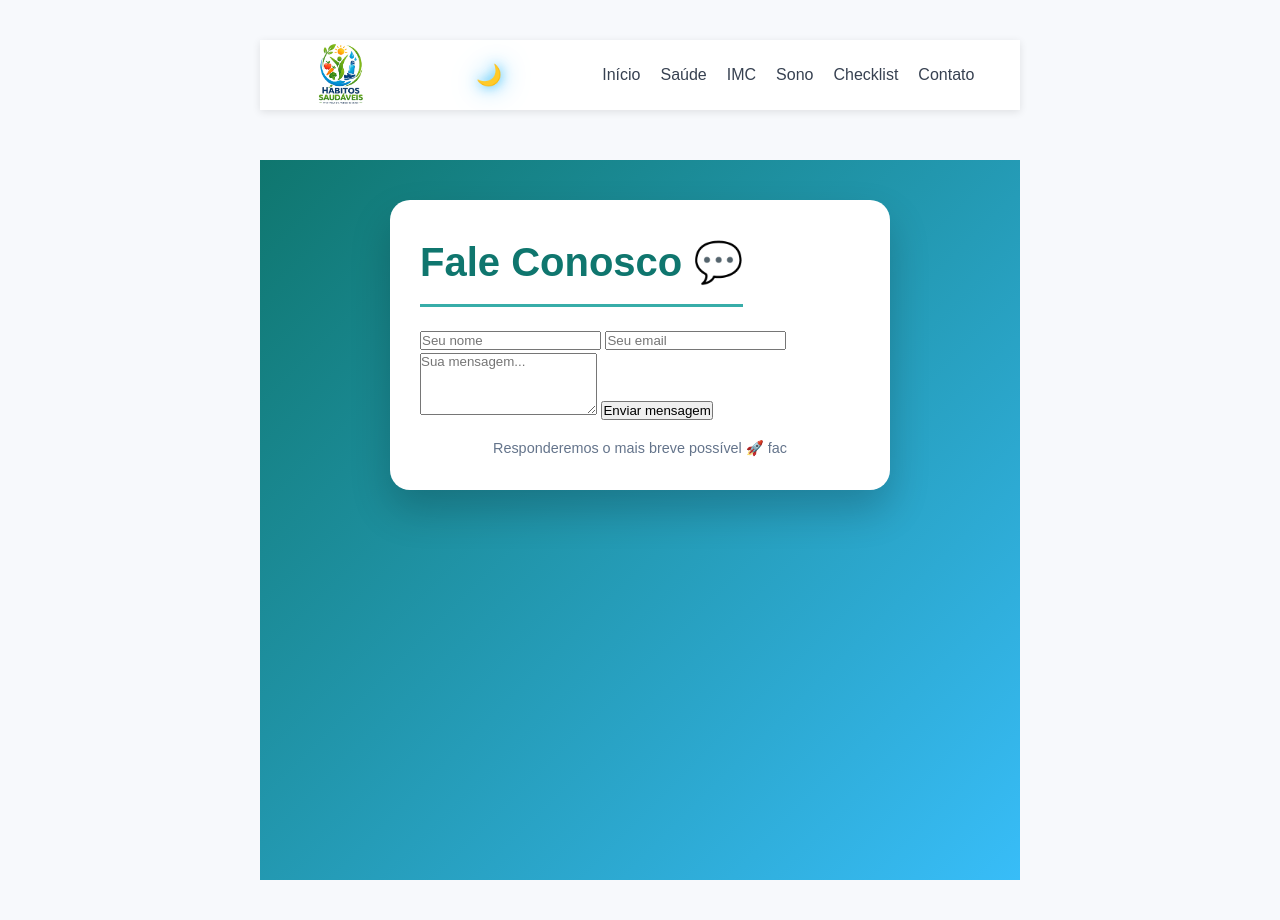
Repository: habitos2026/projetointegrador2026
Page: contato.html
The author's editor kept a copy of each file at every save. The page is drawn from the files as they stood at one save, then again after the next save.
The browser window is 1280 px wide. The pictures show the whole page.

Above is the page before, as saved 2026-06-10 22:27:42.

### contato.html
<!DOCTYPE html>
<html lang="pt-br">
<head>
<meta charset="UTF-8">
<meta name="viewport" content="width=device-width, initial-scale=1.0">
<title>Contato</title>

<link rel="stylesheet" href="estilos.css">

<style>

    :root {
            --cor-mente: #6a89cc;    /* Azul sereno */
            --cor-fisico: #38ada9;   /* Verde energia */
            --cor-agua: #4a69bd;     /* Azul hidratação */
            --cor-fundo: #f7f9fc;
        }

        /* Animação de Entrada */
        @keyframes fadeInUp {
            from {
                opacity: 0;
                transform: translateY(20px);
            }
            to {
                opacity: 1;
                transform: translateY(0);
            }
        }

        body {
            font-family: 'Segoe UI', Roboto, sans-serif;
            line-height: 1.6;
            background-color: var(--cor-fundo);
            color: #2f3542;
            max-width: 800px;
            margin: 0 auto;
            padding: 40px 20px;
        }

        header {
            text-align: center;
            margin-bottom: 50px;
            animation: fadeInUp 0.8s ease-out;
        }

        h1 {
            color: var(--cor-mente);
            font-size: 2.5rem;
            border-bottom: 3px solid var(--cor-fisico);
            display: inline-block;
            padding-bottom: 10px;
        }

        section {
            background: white;
            padding: 30px;
            border-radius: 15px;
            box-shadow: 0 10px 25px rgba(0,0,0,0.05);
            animation: fadeInUp 1s ease-out;
        }

        h2 {
            color: var(--cor-fisico);
            margin-top: 30px;
            display: flex;
            align-items: center;
            gap: 10px;
        }

/* ÁREA SÓ DO CONTATO */
.contato-page {
    background: linear-gradient(135deg, #0f766e, #38bdf8);
    min-height: 100vh;
    padding: 40px 10px;
}

/* CARD */
.contato-box {
    max-width: 500px;
    margin: auto;
    background: white;
    padding: 30px;
    border-radius: 20px;
    box-shadow: 0 20px 40px rgba(0,0,0,0.2);
    animation: subir 0.6s ease;
}

/* ANIMAÇÃO */
@keyframes subir {
    from {
        opacity: 0;
        transform: translateY(40px);
    }
    to {
        opacity: 1;
        transform: translateY(0);
    }
}

.contato-box h1 {
    text-align: center;
    color: #0f766e;
    margin-bottom: 20px;
}

/* FORM */
.contato-form {
    display: flex;
    flex-direction: column;
    gap: 15px;
}

.contato-form input,
.contato-form textarea {
    padding: 12px;
    border-radius: 10px;
    border: 1px solid #cbd5e1;
    outline: none;
    transition: 0.3s;
    font-size: 1rem;
}

.contato-form input:focus,
.contato-form textarea:focus {
    border-color: #0f766e;
    box-shadow: 0 0 8px rgba(15,118,110,0.3);
}

/* BOTÃO */
.contato-form button {
    padding: 12px;
    border: none;
    border-radius: 10px;
    background: #0f766e;
    color: white;
    font-weight: bold;
    cursor: pointer;
    transition: 0.3s;
}

.contato-form button:hover {
    background: #115e59;
    transform: scale(1.03);
}

/* TEXTO */
.info {
    text-align: center;
    margin-top: 15px;
    color: #64748b;
    font-size: 0.9rem;
}

</style>

</head>

<body>

<div id="menu"></div>

<div class="contato-page">

    <div class="contato-box">
        <h1>Fale Conosco 💬</h1>

        <form class= method="post">
            <input type="text" placeholder="Seu nome" required>
            <input type="email" placeholder="Seu email" required>
            <textarea rows="4" placeholder="Sua mensagem..." required></textarea>
            <button type="submit">Enviar mensagem</button>
        </form>

        <div class="info">
            Responderemos o mais breve possível 🚀
                    fac
        </div>
    </div>

</div>

<script src="trabalho.js"></script>

</body>
</html>

### estilos.css
:root{
    --cinza245: rgb(245,245,245);
    --cinza220: rgb(220,220,220);
    --cinza128: rgb(128,128,128);
    --azul: rgb(0,80,120);
    --amarelo: yellow;
}

/* RESET */
*{
    margin:0;
    padding:0;
    box-sizing:border-box;
    font-family:Arial, sans-serif;
}

body{
    background:#f5f7fb;
    color:#1f2937;
}

/* HEADER */
header{
    background:white;
    height:70px;

    display:flex;
    align-items:center;
    justify-content:space-between;

    padding:0 6%;

    box-shadow:0 2px 8px rgba(0,0,0,0.1);
}

/* LOGO */
.logo{
    height:100%;
    width:auto;
}

/* MENU */
.menu{
    display:flex;
    align-items:center;
    gap:20px;
}

.menu a{
    text-decoration:none;
    color:#374151;
    transition: 0.5s;

}

.menu a:hover{
    color:#0f766e;
    text-shadow: 0 0 6px #01b3a4;
}

/* TOPO MENU MOBILE */
.topoMenu{
    display:none;
}

/* BOTÃO MENU */
.botaoMenu{
    border:none;
    background:transparent;

    display:none;
    flex-direction:column;

    gap:6px;

    cursor:pointer;
    transition:0.5s;
}

.botaoMenu div{
    width:28px;
    height:3px;

    background:black;
    transition:0.5s;
}

/* MAIN */
main{
    max-width:800px;

    margin:40px auto;

    background:white;

    padding:30px;

    border-radius:10px;
}

/* TEXTOS */
h1{
    color:#0f766e;
    margin-bottom:10px;
}

p{
    margin-bottom:15px;
}

/* BANNER */
.bannerIndexInicio{
    width:100%;
    height:300px;
    overflow:hidden;
}

.bannerIndexInicio img{
    width:100%;
    height:100%;

    object-fit:cover;
    display:block;
}

.bannerIndex{
    height:100%;

    display:flex;
    justify-content:center;

    overflow:hidden;

    aspect-ratio:16/9;
}

.bannerIndex img{
    width:70%;
    height:80%;

    object-fit:cover;
}

/* BOX ÁGUA */
.agua-box{
    background:#ecfeff;

    padding:20px;

    border-radius:15px;

    margin-bottom:20px;
}

.agua-box h2{
    color:#0f766e;
    margin-bottom:10px;
}

.agua-box input{
    width:100%;

    padding:10px;

    margin-bottom:10px;

    border-radius:8px;

    border:1px solid #ccc;
}

.agua-box button{
    width:100%;

    padding:12px;

    background:#0f766e;

    color:white;

    border:none;

    border-radius:8px;

    cursor:pointer;

    transition:0.5s;
}

.agua-box button:hover{
    background:#115e59;

    transform:scale(1.01);

    box-shadow:
    0 0 10px rgb(1, 255, 234),
    0 0 15px rgb(0, 173, 253);
}

#resultadoAgua{
    margin-top:10px;
    font-weight:bold;
}

/* LISTAS */
.listas{
    width:65%;

    display:grid;

    grid-template-columns:repeat(2, 1fr);

    gap:1rem;
}

/* IMAGENS SAÚDE */
.Saude .Imagem img{

    width:35%;

    height:auto;

    object-fit:cover;

    border-radius:15px;

    transition:0.4s;
}

.Saude .Imagem img:hover{

    transform:scale(1.05);

    box-shadow:
    0 0 10px cyan,
    0 0 20px cyan,
    0 0 40px cyan;
}

.imc-box{
    background:#0f766e;

    padding:20px;

    border-radius:20px;

    margin-top:3rem;


}

.imc-box input{
    width:100%;

    padding:10px;

    margin-bottom:10px;

    border-radius:8px;

    border:1px solid #ccc;
}

.imc-box button{
    width:100%;

    padding:12px;

    background: white;

    border: none;

    border-radius:8px;

    cursor:pointer;

    transition:0.5s;
}

.imc-box button:hover{
    background:#f0f0f0;

    transform:scale(1.002);

    box-shadow:
    0 0 6px rgb(1, 255, 234),
    0 0 8px rgb(0, 173, 253),
    0 0 15px  rgba(18, 165, 153);
}

#resultado{
    margin-top:20px;

    font-weight:bold;

    display: flex;

    flex-direction: column;

    align-items: center;

    gap: 10px;

}

#botaoFecharMenu{
    border:none;

    background:transparent;

    box-shadow: none;

    font-size:20px;

    cursor:pointer;

    transition: 0.5s;

    border-radius: 100px;

}


#botaoFecharMenu:hover{
    color: red;
    text-shadow:  0 0 11px rgb(255, 0, 0);
}

#botaoFecharMenu:active{
  animation: clickEffect 0.2s ease;
}


/* ===== BOTÃO TEMA ===== */

/* Tema CLARO ativo — botão mostra 🌙 — neon azul */
#btnTema {
    background: transparent;
    border: none;
    border-radius: 50%;
    width: 38px;
    height: 38px;
    font-size: 1.3rem;
    cursor: pointer;
    transition: all 0.3s;
    filter: drop-shadow(0 0 6px #38bdf8) drop-shadow(0 0 12px #7dd3fc);
}

#btnTema:hover {
    transform: scale(1.12) rotate(10deg);
    filter: drop-shadow(0 0 10px #38bdf8) drop-shadow(0 0 20px #7dd3fc);
}

/* Tema ESCURO ativo — botão mostra ☀️ — neon amarelo */
body.dark #btnTema {
    border: none;
    box-shadow: none;
    filter: drop-shadow(0 0 6px #f59e0b) drop-shadow(0 0 12px #fbbf24);
}

body.dark #btnTema:hover {
    transform: scale(1.2) rotate(50deg);
    filter: drop-shadow(0 0 10px #f59e0b) drop-shadow(0 0 20px #fbbf24);
}

/* ===== DARK MODE ===== */
body.dark {
    background: #0a0f1e;
    color: #e2e8f0;
}

body.dark header {
    background: #0d1b2a;
    box-shadow: 0 2px 8px rgba(0,0,0,0.5);
}

body.dark .menu {
    background: #0d1b2a;
}

body.dark .menu a {
    color: #94a3b8;
    border-bottom-color: #1e3a5f;
}

body.dark .menu a:hover {
    color: #7dd3fc;
    text-shadow: 0 0 6px #7dd3fc88;
}

body.dark main,
body.dark section {
    background: #0d1b2a;
    box-shadow: 0 4px 20px rgba(0,0,0,0.3);
}

body.dark .logo {
    filter: brightness(0.9) drop-shadow(0 0 6px rgba(56, 189, 248, 0.4));
    border-radius: 50%;
    background: transparent;
    mix-blend-mode: screen;
}

body.dark h1 {
    color: #38bdf8;
    text-shadow: 0 0 8px #38bdf855;
}

body.dark h2 {
    color: #7dd3fc;
    text-shadow: none;
}

body.dark .agua-box {
    background: #0d2137;
    border: 1px solid #1e3a5f;
}

body.dark .agua-box input,
body.dark .imc-box input,
body.dark .contato-form input,
body.dark .contato-form textarea {
    background: #0a0f1e;
    color: #e2e8f0;
    border-color: #1e3a5f;
}

body.dark .habit-item {
    background: #0d1b2a;
    color: #e2e8f0;
}

body.dark .barra {
    background: #1e293b;
}

body.dark .barra span {
    background: #38bdf8;
}

body.dark li {
    background: #0d1b2a;
    border-left-color: #38bdf8;
    color: #e2e8f0;
}

body.dark li:hover {
    background: #0d2137;
}

body.dark .contato-box {
    background: #0d1b2a;
}

body.dark .contato-form input,
body.dark .contato-form textarea {
    background: #0a0f1e;
    color: #e2e8f0;
    border-color: #1e3a5f;
}

body.dark footer {
    color: #475569;
}

@keyframes clickEffect {
  0% {
    transform: scale(1);
    text-shadow: 0 0 10px red;
  }
  50% {
    transform: scale(0.95);
    text-shadow: 0 0 20px red;
  }
  100% {
    transform: scale(1);
    text-shadow: 0 0 10px red;
  }
}

/* ANIMAÇÃO */
@keyframes subir{

    from{
        opacity:0;
        transform:translateY(-20px);
    }

    to{
        opacity:1;
        transform:translateY(0);
    }

}

/* MOBILE */
@media screen and (max-width:950px){

    .botaoMenu{
        display:flex;

        animation:subir 0.5s ease;
    }

    .botaoMenu:hover{
        transform: scale(1.03);
    }
    .botaoMenu:hover div{
        box-shadow: 0 10px 15px rgba(0,0,0,0.4);

    }

    .menu{
        position:fixed;

        top:0;
        right:-100%;

        width:80%;
        height:100vh;

        background:white;

        flex-direction:column;

        align-items:flex-start;

        padding:30px;

        transition: right 0.5s;

        z-index:999;
    }

    .menu a{
        width:100%;

        padding:12px 0;


        border-bottom:1px solid var(--cinza220);

        text-decoration:none;

        color:#374151;

        transition: 0.10s;

}

    .menu a:hover{
    color:#0f766e;
    text-shadow: 0 0 6px #01b3a4;
    border: #01b3a4 1px solid;
    transition: 0.5s;
}

    .topoMenu{
        display:flex;

        width:100%;

        justify-content:space-between;

        align-items:center;

        margin-bottom:30px;
    }

    .topoMenu button{
        border:none;

        background:transparent;

        font-size:20px;

        cursor:pointer;
    }

    main{
        margin:20px;
    }

    .bannerIndex img{
        width:100%;
        height:220px;
    }

    .listas{
        width:100%;

        grid-template-columns:1fr;
    }

    .Saude .Imagem img{
        width:100%;
    }
}

### trabalho.js
// ===== DARK MODE — roda ANTES de tudo =====
if (localStorage.getItem("tema") === "dark") {
    document.body.classList.add("dark");
}

// ===== MENU =====
fetch("menu.html")
.then(res => res.text())
.then(data => {

    document.getElementById("menu").innerHTML = data;

    // Botão tema
    const btnTema = document.getElementById("btnTema");
    btnTema.textContent = document.body.classList.contains("dark") ? "☀️" : "🌙";

    btnTema.addEventListener("click", () => {
        document.body.classList.toggle("dark");
        const temaDark = document.body.classList.contains("dark");
        localStorage.setItem("tema", temaDark ? "dark" : "light");
        btnTema.textContent = temaDark ? "☀️" : "🌙";
    });

    // Botões do menu mobile
    const abrir = document.querySelector(".botaoMenu");
    const fechar = document.querySelector("#botaoFecharMenu");
    const menu = document.querySelector("#menuNav");

    abrir.addEventListener("click", () => {
        menu.style.right = "0";
    });

    fechar.addEventListener("click", () => {
        menu.style.right = "-100%";
    });

});

// ===== RESTO DAS FUNÇÕES =====

function calc() {
    const checks = document.querySelectorAll('.habit-item input');
    let marcados = 0;

    checks.forEach(check => {
        if(check.checked) marcados++;
    });

    let porcentagem = (marcados / checks.length) * 100;

    document.getElementById("pct").innerText = Math.round (porcentagem) + "%";
    document.getElementById("bar").style.width = porcentagem + "%";

    const msg = document.getElementById("msg");
    const imgGif = document.getElementById("imgGif");

    if (porcentagem === 100) {

    msg.innerText = "Parabéns! Você completou todos os hábitos 🎉";

    lancarConfetes();

} else {

    msg.innerText = "";
    imgGif.innerHTML = "";

}
}

const data = document.getElementById("data");
if (data) {
    data.addEventListener("click", () => {
        data.showPicker();
    });
}

function calcularAgua() {
    const peso = parseFloat(document.getElementById("peso").value);
    const idade = parseInt(document.getElementById("idade").value);

    if (isNaN(peso) || peso <= 0 || isNaN(idade) || idade <= 0) {
        document.getElementById("resultadoAgua").innerText = "Por favor, preencha peso e idade corretamente.";
        return;
    }

    let mlPorKg;

    if (idade <= 17) mlPorKg = 40;
    else if (idade <= 55) mlPorKg = 35;
    else if (idade <= 65) mlPorKg = 30;
    else mlPorKg = 25;

    const totalMl = peso * mlPorKg;
    const totalLitros = (totalMl / 1000).toFixed(1);

    document.getElementById("resultadoAgua").innerText =
        `Você deve beber aproximadamente ${totalLitros}L de água por dia.`;
}

function lancarConfetes() {

    // Evita lançar várias vezes
    if (document.getElementById("confetes")) return;

    const canvas = document.createElement("canvas");
    canvas.id = "confetes";

    // Cobre a tela toda
    canvas.style.cssText = `
        position: fixed;
        top: 0;
        left: 0;
        width: 100%;
        height: 100%;
        pointer-events: none;
        z-index: 9999;
    `;

    document.body.appendChild(canvas);

    const ctx = canvas.getContext("2d");
    canvas.width = window.innerWidth;
    canvas.height = window.innerHeight;

    // Cores dos confetes
    const cores = [
        "#f59e0b", "#38bdf8", "#34d399",
        "#f472b6", "#a78bfa", "#fb923c"
    ];

    // Cria 150 confetes
    const confetes = Array.from({ length: 150 }, () => ({
        x: Math.random() * canvas.width,
        y: Math.random() * -canvas.height,
        w: Math.random() * 10 + 6,
        h: Math.random() * 5 + 3,
        cor: cores[Math.floor(Math.random() * cores.length)],
        velocidade: Math.random() * 4 + 2,
        angulo: Math.random() * 360,
        rotacao: Math.random() * 6 - 3,
        oscilacao: Math.random() * 2 - 1
    }));

    let frame;
    let tempo = 0;

    function animar() {
        ctx.clearRect(0, 0, canvas.width, canvas.height);
        tempo++;

        confetes.forEach(c => {
            c.y += c.velocidade;
            c.x += c.oscilacao;
            c.angulo += c.rotacao;

            ctx.save();
            ctx.translate(c.x, c.y);
            ctx.rotate((c.angulo * Math.PI) / 180);
            ctx.fillStyle = c.cor;
            ctx.fillRect(-c.w / 2, -c.h / 2, c.w, c.h);
            ctx.restore();
        });

        // Para após 4 segundos
        if (tempo < 240) {
            frame = requestAnimationFrame(animar);
        } else {
            cancelAnimationFrame(frame);
            canvas.remove();
        }
    }

    animar();
}

### menu.html
<header>

    <img class="logo" src="pasta-de-imagens/Logo.png" alt="Logo">

    <button id="btnTema" title="Alternar tema">🌙</button>

    <button class="botaoMenu">

        <div></div>
        <div></div>
        <div></div>

    </button>

    <nav id="menuNav" class="menu">

        <div class="topoMenu">

            <h3>Menu</h3>
            <button id="botaoFecharMenu">X</button>
            <button id="abrirMenu" class="botaoMenu"></button>

        </div>

        <a href="index.html">Início</a>
        <a href="saude.html">Saúde</a>
        <a href="imc.html">IMC</a>
        <a href="sono.html">Sono</a>
        <a href="checklist.html">Checklist</a>
        <a href="contato.html">Contato</a>

    </nav>

</header>

After the next save:
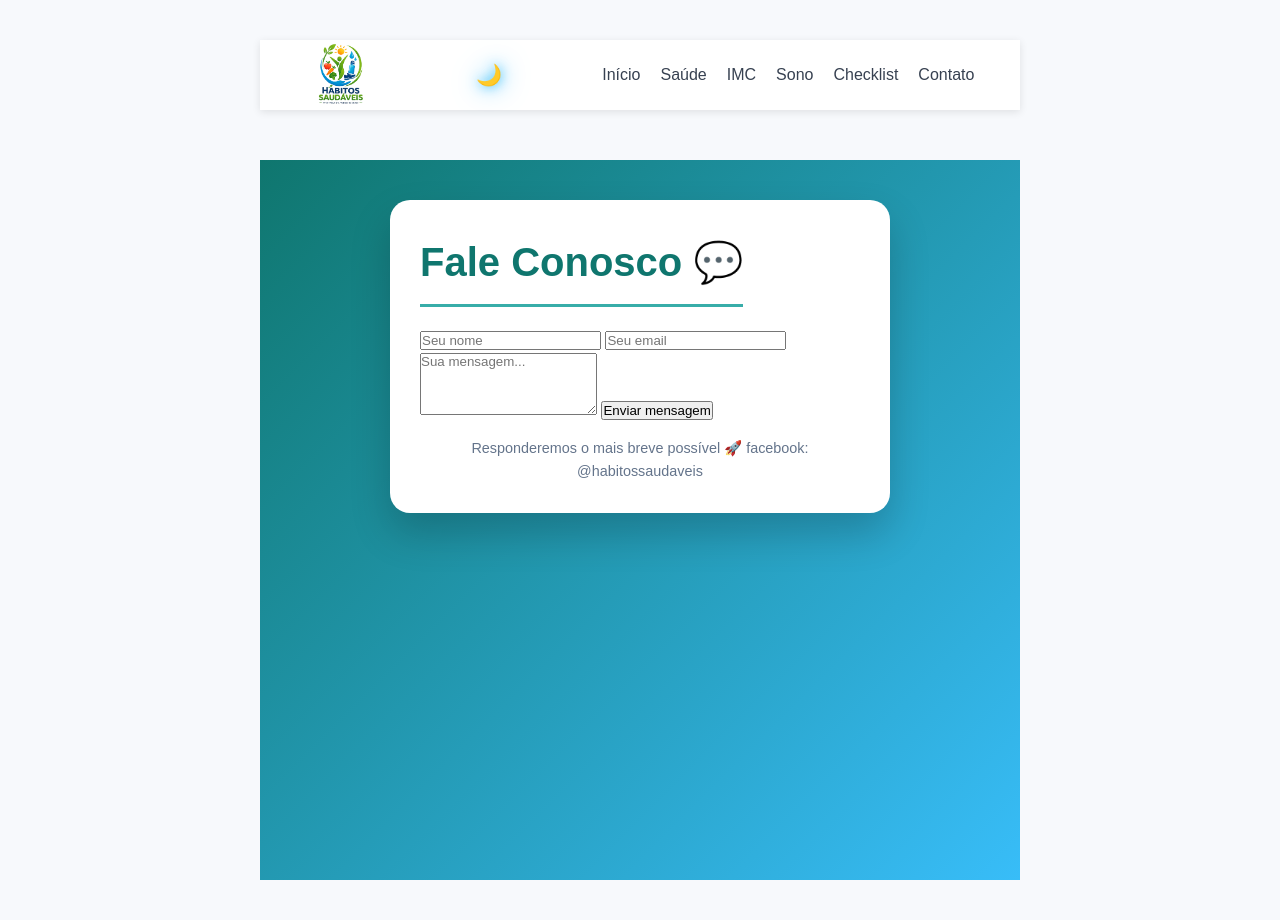
Saved 4 s later.
--- a/contato.html
+++ b/contato.html
@@ -174,7 +174,7 @@
 
         <div class="info">
             Responderemos o mais breve possível 🚀
-                    fac
+                    facebook: @habitossaudaveis
         </div>
     </div>
 
